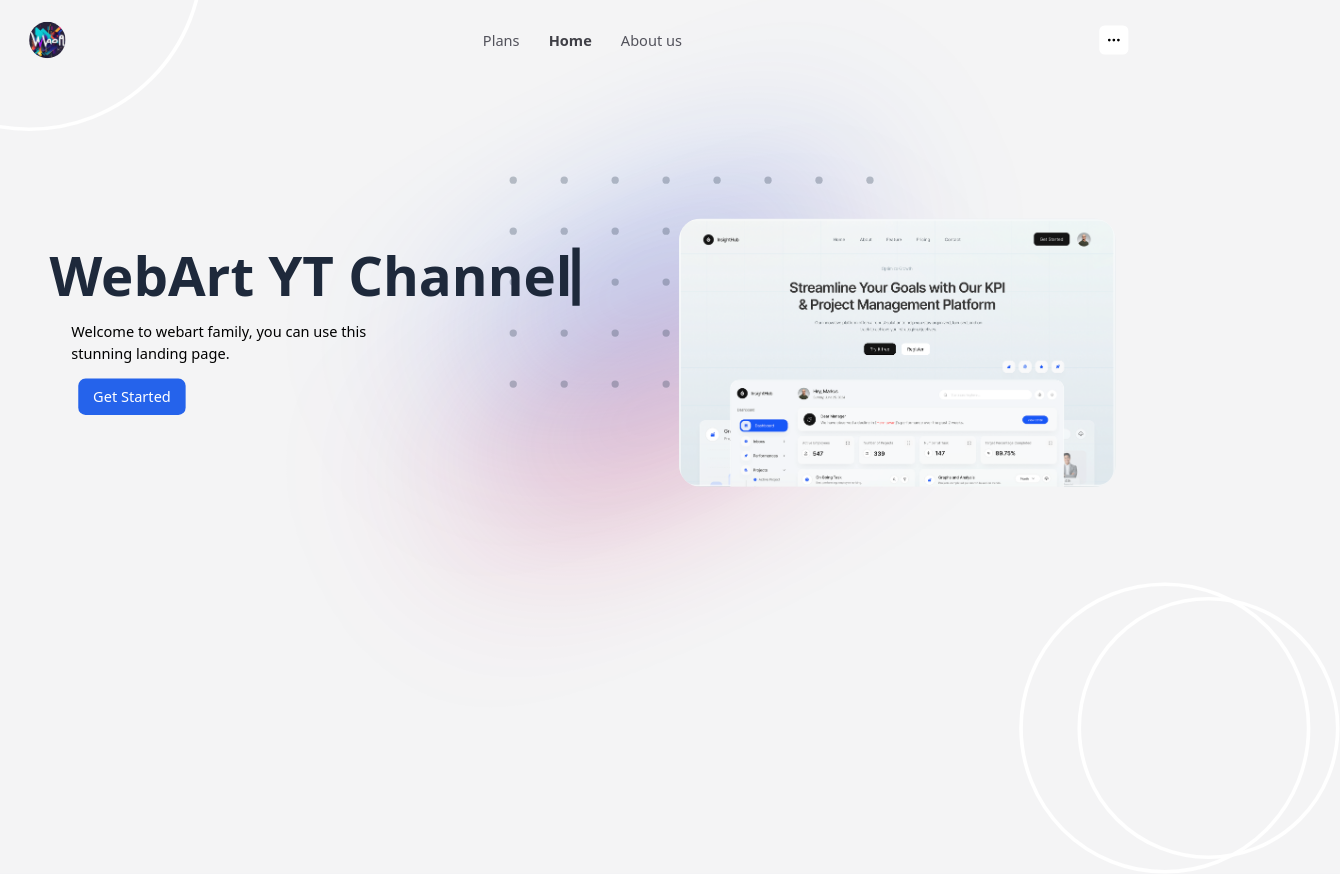
Repository: 30namp/youtube-web-art-code
Page: stunning landing page 1/index.html
An editor plug-in stored every save of this project. The page is shown before and after the next save, followed by the edit.
The browser window is 1280 px wide. The page is 1472 px wide, so the pictures cover 1472 px, including what lies to the right of the window. The pictures show the whole page, at 91% of full size.

Above is the page before, as saved 2024-09-26 21:35:53.

After the next save:
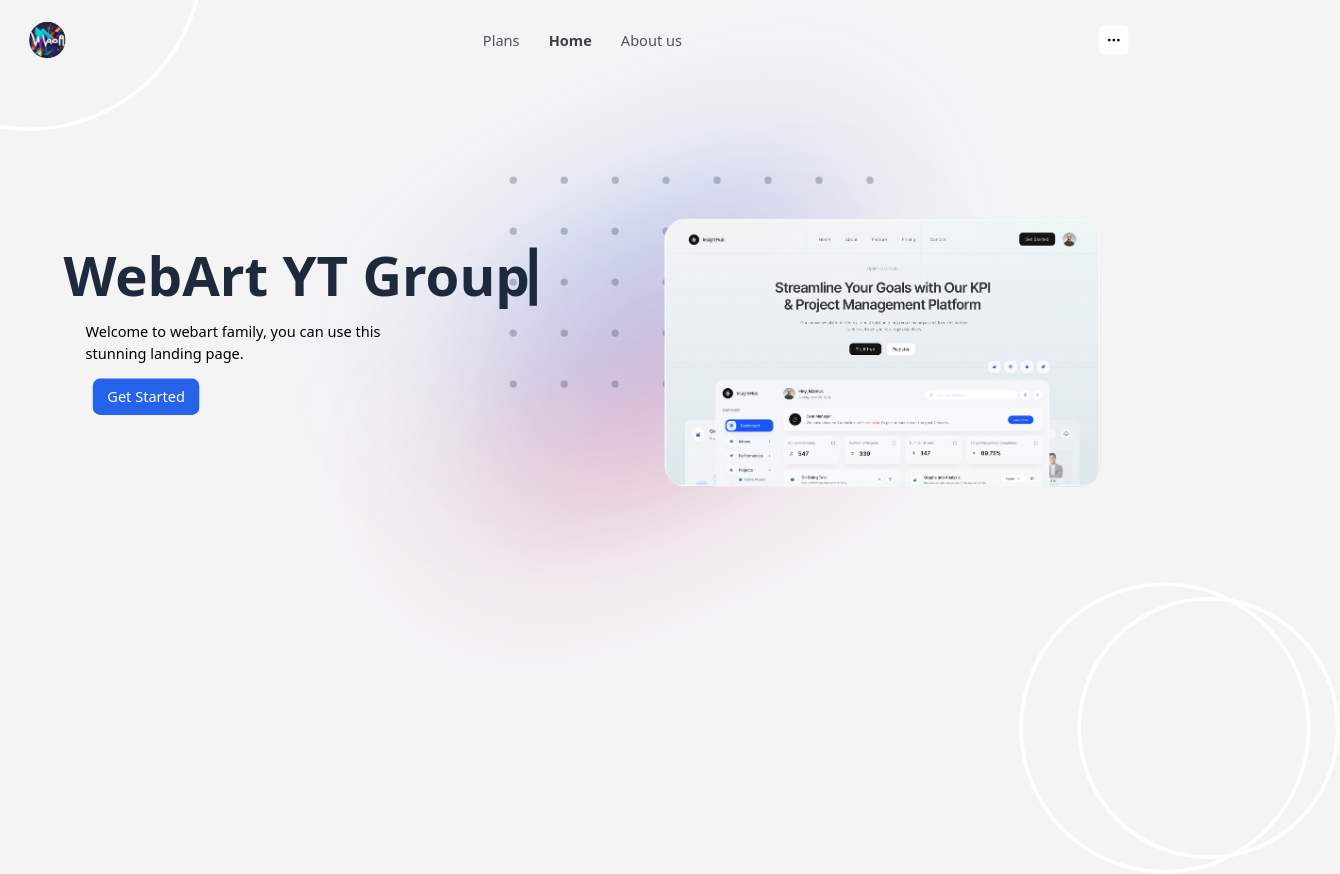
Saved 14 s later.
--- a/stunning landing page 1/index.html
+++ b/stunning landing page 1/index.html
@@ -102,7 +102,7 @@
     <div class="hero-section relative pt-60 flex justify-around items-start">
       <div class="content flex flex-col items-start gap-4 pt-8">
         <div class="text-6xl font-bold text-slate-800 flex">
-          <h1>WebArt YT Channel</h1>
+          <h1>WebArt YT Group</h1>
           <div class="h-16 w-2 bg-slate-800"></div>
         </div>
         <p class="description w-96 ml-6">
